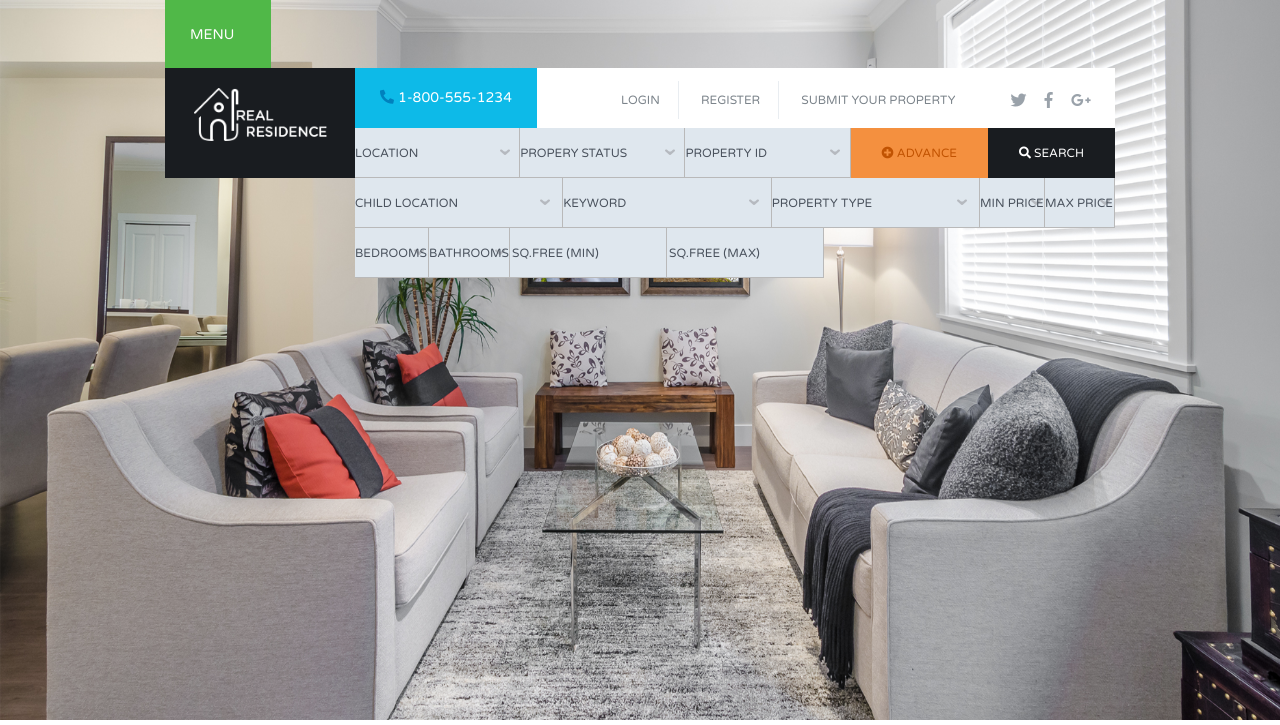
Repository: shuffleaz/psd-htmlcss
Page: index.html
An editor plug-in stored every save of this project. The page is shown before and after the next save, followed by the edit.
The browser window is 1280 px wide. The pictures show the whole page.

Above is the page before, as saved 2019-02-27 11:11:34.

After the next save:
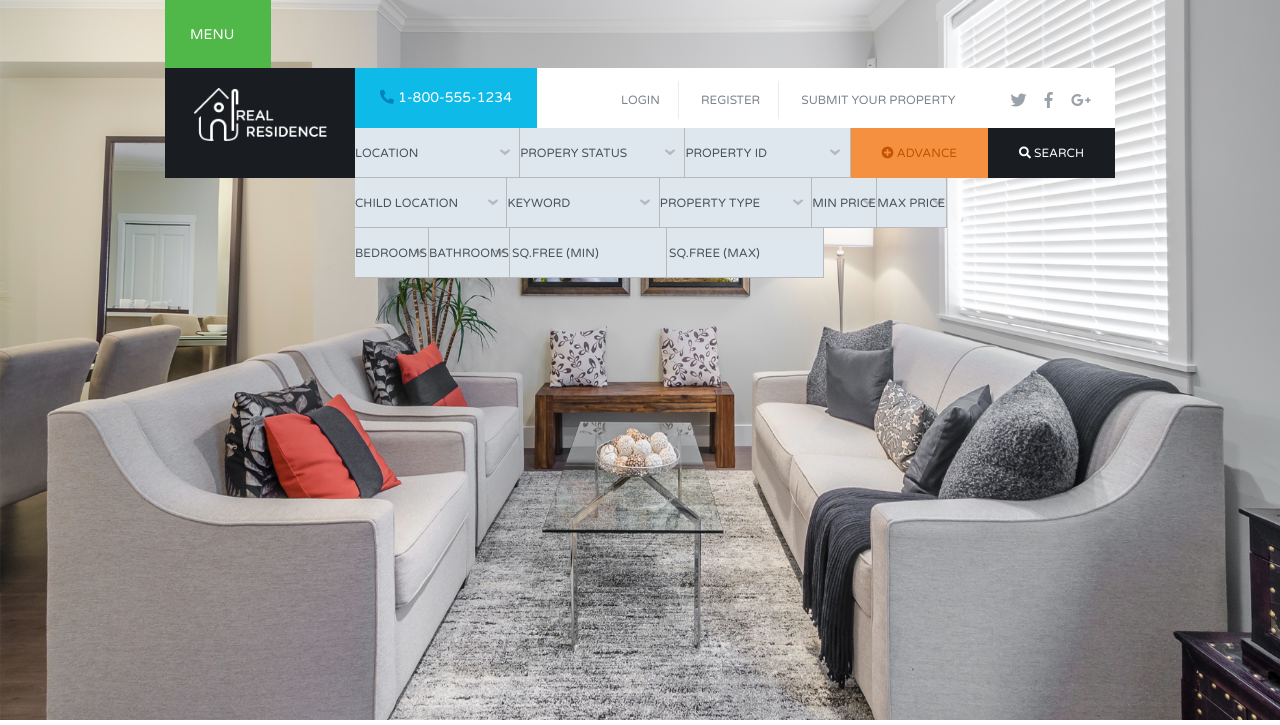
Saved 2 min 50 s later.
--- a/assets/css/home.css
+++ b/assets/css/home.css
@@ -289,6 +289,7 @@ header.homepage {
 
 .searchbar-footer-select-form-divide {
     display:flex;
+    flex:2;
 }
 
 .searchbar-footer-select-form-divide-first, .searchbar-footer-select-form-divide-second, .searchbar-footer-down-select-form  {
